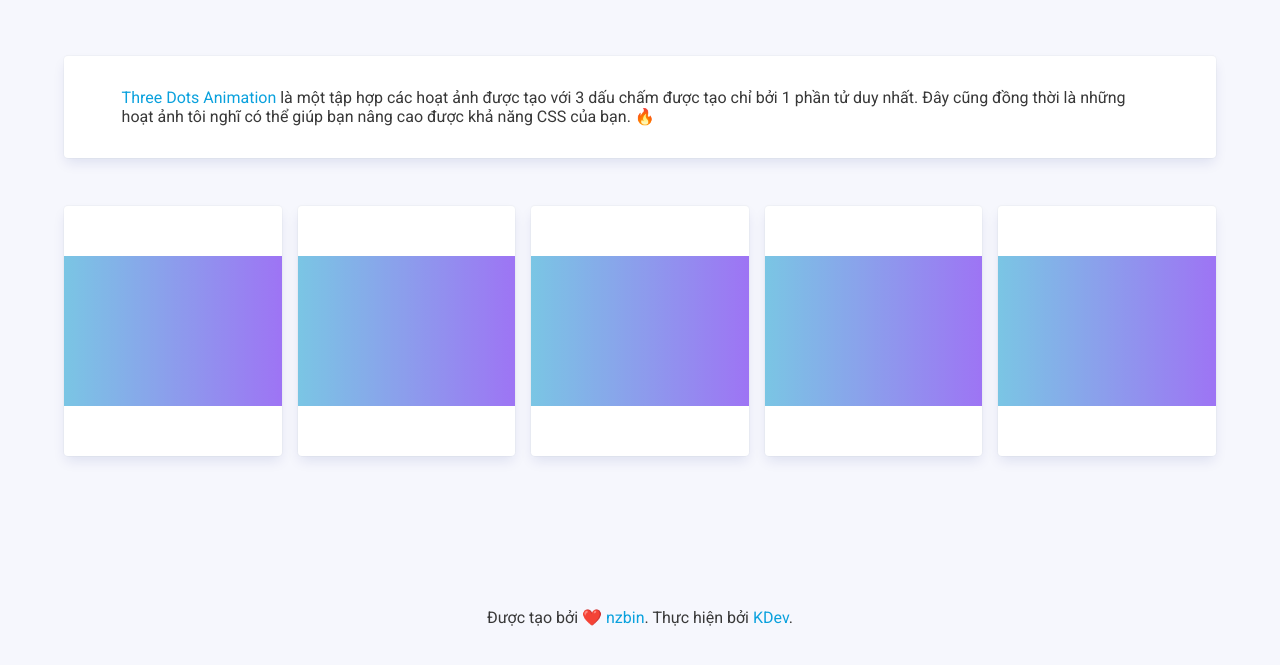
Repository: haokiet2501/lazy-loader-animation
Page: index.html
The author's editor kept a copy of each file at every save. The page is drawn from the files as they stood at one save, then again after the next save.
The browser window is 1280 px wide. The pictures show the whole page.
The style sheet was rebuilt from its Sass, Less or Tailwind sources for each picture, by a compiler version that may differ from the author's.

Above is the page before, as saved 2022-05-06 20:01:55.

After the next save:
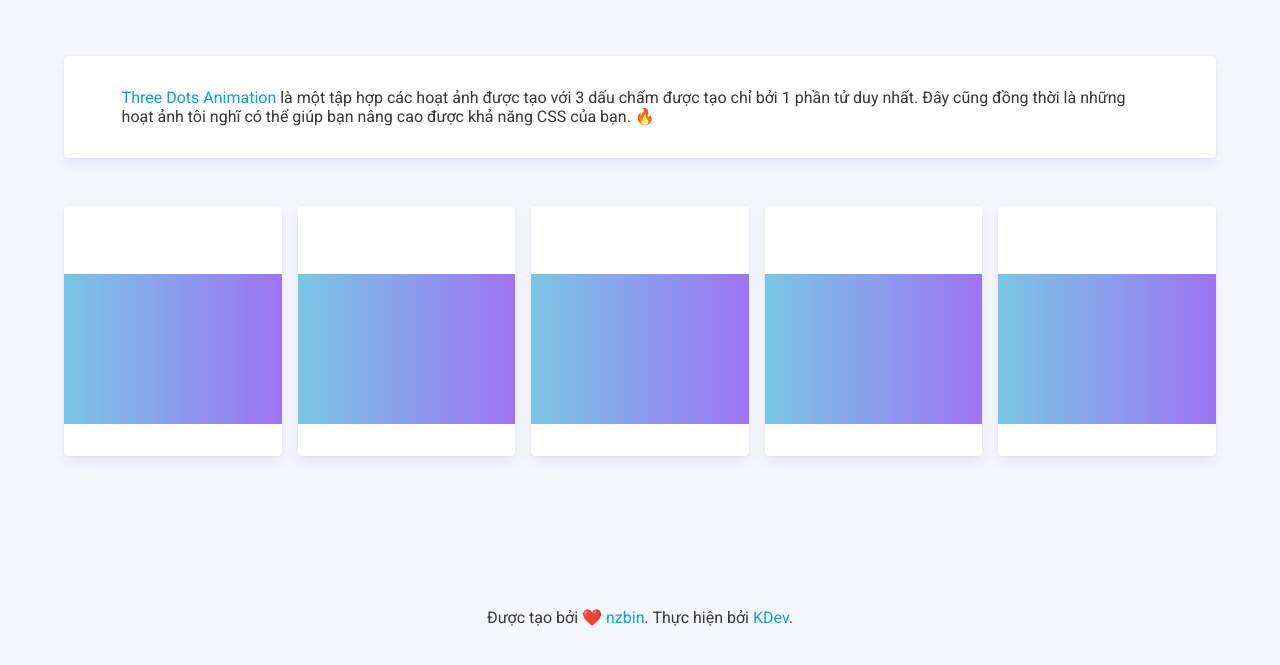
Saved 10 s later.
--- a/sass/styles.scss
+++ b/sass/styles.scss
@@ -30,7 +30,7 @@ $color-line: #50dfdb;
 .box::before {
     content: '';
     position: absolute;
-    top: -50px;
+    top: -2rem;
     left: 32px;
     width: 150px;
     height: 140%;
